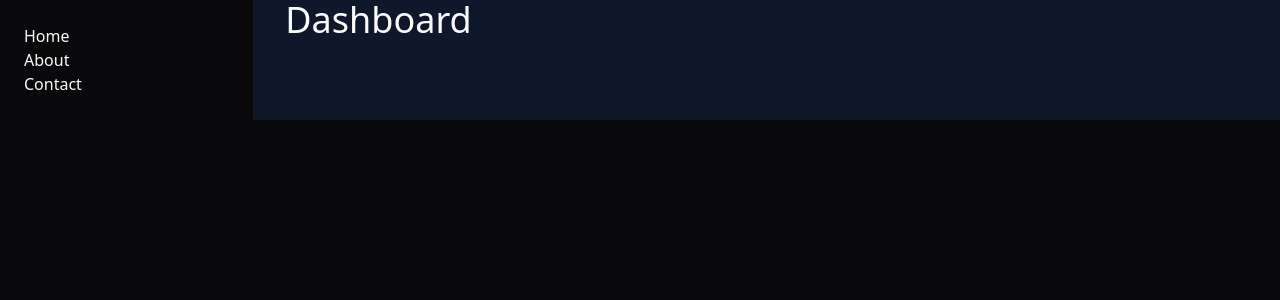
Repository: svoglimacci/recipe-app-tmp
Page: /app
The author's editor kept a copy of each file at every save. The page is drawn from the files as they stood at one save, then again after a run of saves.
The browser window is 1280 px wide. The pictures show the whole page.
The project was rebuilt for these pictures with package versions that can differ from the ones it lists, and the page was loaded fresh each time. Also part of the build but not shown: vite.config.ts, src/components/Recipe.tsx, src/components/RecipeList.tsx, src/components/RecipeCard.tsx, src/views/Login.tsx, src/views/Landing.tsx, src/views/Home.tsx.

Above is the page before, as saved 2024-01-30 13:54:21.

### src/App.tsx
import { ThemeProvider } from "@/components/ui/theme-provider"
import { RouterProvider } from "react-router-dom"
import { router } from "@/router"

function App() {
  return (
    <ThemeProvider defaultTheme="dark" storageKey="vite-ui-theme">
    <RouterProvider router={router}/>
  </ThemeProvider>
  )
}

export default App

### src/components/ui/theme-provider.tsx
import { createContext, useContext, useEffect, useState } from "react"

type Theme = "dark" | "light" | "system"

type ThemeProviderProps = {
  children: React.ReactNode
  defaultTheme?: Theme
  storageKey?: string
}

type ThemeProviderState = {
  theme: Theme
  setTheme: (theme: Theme) => void
}

const initialState: ThemeProviderState = {
  theme: "system",
  setTheme: () => null,
}

const ThemeProviderContext = createContext<ThemeProviderState>(initialState)

export function ThemeProvider({
  children,
  defaultTheme = "system",
  storageKey = "vite-ui-theme",
  ...props
}: ThemeProviderProps) {
  const [theme, setTheme] = useState<Theme>(
    () => (localStorage.getItem(storageKey) as Theme) || defaultTheme
  )

  useEffect(() => {
    const root = window.document.documentElement

    root.classList.remove("light", "dark")

    if (theme === "system") {
      const systemTheme = window.matchMedia("(prefers-color-scheme: dark)")
        .matches
        ? "dark"
        : "light"

      root.classList.add(systemTheme)
      return
    }

    root.classList.add(theme)
  }, [theme])

  const value = {
    theme,
    setTheme: (theme: Theme) => {
      localStorage.setItem(storageKey, theme)
      setTheme(theme)
    },
  }

  return (
    <ThemeProviderContext.Provider {...props} value={value}>
      {children}
    </ThemeProviderContext.Provider>
  )
}

export const useTheme = () => {
  const context = useContext(ThemeProviderContext)

  if (context === undefined)
    throw new Error("useTheme must be used within a ThemeProvider")

  return context
}

### src/router/index.tsx
import { createBrowserRouter } from "react-router-dom";
import { Home, Login, Landing, Dashboard } from "@/views";
import { Recipe, RecipeList } from "@/components";

const router = createBrowserRouter([
  {
    path: "/",
    element: <Landing />,
  },
  {
    path: "/login",
    element: <Login />,
  },
  {
   path: "/app",
    element: <Dashboard />,
    children: [
      {
        path: "",
        element: <Home />,
      },
      {
        path: "recipes",
        element: <RecipeList />,
      },
      {
        path: "recipes/:id",
        element: <Recipe />,
      }
    ],
  }
])

export { router }

### src/views/index.tsx
import { Dashboard } from "./Dashboard";
import { Login } from "./Login";
import { Landing } from "./Landing";
import { Home } from "./Home";

export { Dashboard, Login, Landing, Home };

### src/components/index.tsx
import { Recipe } from "./Recipe";
import { RecipeList } from "./RecipeList";
import { RecipeCard } from "./RecipeCard";
import { DashboardHeader } from "./DashboardHeader";
import { MobileNav } from "./BurgerMenu";

export {
  Recipe,
  RecipeList,
  RecipeCard,
  DashboardHeader,
  MobileNav
}

### src/views/Dashboard.tsx
import { DashboardHeader } from '@/components';
import { Nav } from '@/components/Nav';


function Dashboard() {
  return (
    <>
      <DashboardHeader />
      <div className="flex flex-row relative p-0 ">
      <Nav />
      <main className="container bg-slate-900">
        <h1 className="text-4xl text-primary">Dashboard</h1>
      </main>
      </div>
    </>
  )
}

export { Dashboard };

### src/components/DashboardHeader.tsx
import { ModeToggle } from "./ui/mode-toggle";
import { MobileNav } from "./BurgerMenu";

function DashboardHeader() {
  return(

  <header className="flex sticky top-0 z-50 md:hidden bg-slate900 justify-between">
    <MobileNav />
    <ModeToggle />
  </header>
  )
}

export { DashboardHeader  };

### src/components/BurgerMenu.tsx
import { Menu } from "lucide-react";
import { Sheet, SheetContent, SheetHeader, SheetTrigger } from "./ui/sheet";

import { Button } from "./ui/button";

function MobileNav() {
  return (
    <nav className="md:hidden">
    <Sheet>
  <SheetTrigger asChild><Button variant="ghost" size="icon"><Menu/></Button></SheetTrigger>
  <SheetContent side="left">
    <SheetHeader>

    </SheetHeader>
  </SheetContent>
</Sheet>
</nav>

  )
}

export { MobileNav  };

### src/components/Nav.tsx

function Nav() {
  return (
  <nav className="flex flex-row w-80">
  <ul className="flex flex-col justify-between p-6">
    <li className="text-primary">Home</li>
    <li className="text-primary">About</li>
    <li className="text-primary">Contact</li>
  </ul>
</nav>

  )
}

export { Nav  };

### src/components/ui/mode-toggle.tsx
import { Moon, Sun } from "lucide-react"

import { Button } from "@/components/ui/button"
import { useTheme } from "@/components/ui/theme-provider"

export function ModeToggle() {
  const { theme, setTheme } = useTheme()

  return (
    <Button
      aria-label="Toggle theme"
      onClick={() => setTheme(theme === "dark" ? "light" : "dark")}
      variant="ghost"
      size="icon"
    >
      <Sun className="h-[1.2rem] w-[1.2rem] rotate-0 scale-100 transition-all dark:-rotate-90 dark:scale-0" />
      <Moon className="absolute h-[1.2rem] w-[1.2rem] rotate-90 scale-0 transition-all dark:rotate-0 dark:scale-100" />
    </Button>
  )
}

### src/components/ui/sheet.tsx
import * as React from "react"
import * as SheetPrimitive from "@radix-ui/react-dialog"
import { cva, type VariantProps } from "class-variance-authority"
import { X } from "lucide-react"

import { cn } from "@/lib/utils"
import { Button } from "./button"

const Sheet = SheetPrimitive.Root

const SheetTrigger = SheetPrimitive.Trigger

const SheetClose = SheetPrimitive.Close

const SheetPortal = SheetPrimitive.Portal

const SheetOverlay = React.forwardRef<
  React.ElementRef<typeof SheetPrimitive.Overlay>,
  React.ComponentPropsWithoutRef<typeof SheetPrimitive.Overlay>
>(({ className, ...props }, ref) => (
  <SheetPrimitive.Overlay
    className={cn(
      "fixed inset-0 z-50 bg-black/80  data-[state=open]:animate-in data-[state=closed]:animate-out data-[state=closed]:fade-out-0 data-[state=open]:fade-in-0",
      className
    )}
    {...props}
    ref={ref}
  />
))
SheetOverlay.displayName = SheetPrimitive.Overlay.displayName

const sheetVariants = cva(
  "fixed z-50 gap-4 bg-background p-6 shadow-lg transition ease-in-out data-[state=open]:animate-in data-[state=closed]:animate-out data-[state=closed]:duration-300 data-[state=open]:duration-500",
  {
    variants: {
      side: {
        top: "inset-x-0 top-0 border-b data-[state=closed]:slide-out-to-top data-[state=open]:slide-in-from-top",
        bottom:
          "inset-x-0 bottom-0 border-t data-[state=closed]:slide-out-to-bottom data-[state=open]:slide-in-from-bottom",
        left: "inset-y-0 left-0 h-full w-3/4 border-r data-[state=closed]:slide-out-to-left data-[state=open]:slide-in-from-left sm:max-w-sm",
        right:
          "inset-y-0 right-0 h-full w-3/4  border-l data-[state=closed]:slide-out-to-right data-[state=open]:slide-in-from-right sm:max-w-sm",
      },
    },
    defaultVariants: {
      side: "right",
    },
  }
)

interface SheetContentProps
  extends React.ComponentPropsWithoutRef<typeof SheetPrimitive.Content>,
    VariantProps<typeof sheetVariants> {}

const SheetContent = React.forwardRef<
  React.ElementRef<typeof SheetPrimitive.Content>,
  SheetContentProps
>(({ side = "right", className, children, ...props }, ref) => (
  <SheetPortal>
    <SheetOverlay />
    <SheetPrimitive.Content
      ref={ref}
      className={cn(sheetVariants({ side }), className)}
      {...props}
    >
      {children}
      <SheetPrimitive.Close className="absolute right-4 top-4 rounded-sm opacity-70 ring-offset-background transition-opacity hover:opacity-100 focus:outline-none focus:ring-2 focus:ring-ring focus:ring-offset-2 disabled:pointer-events-none data-[state=open]:bg-secondary">
        <Button variant="ghost" size="icon">
        <X/>
        </Button>
        <span className="sr-only">Close</span>
      </SheetPrimitive.Close>
    </SheetPrimitive.Content>
  </SheetPortal>
))
SheetContent.displayName = SheetPrimitive.Content.displayName

const SheetHeader = ({
  className,
  ...props
}: React.HTMLAttributes<HTMLDivElement>) => (
  <div
    className={cn(
      "flex flex-col space-y-2 text-center sm:text-left",
      className
    )}
    {...props}
  />
)
SheetHeader.displayName = "SheetHeader"

const SheetFooter = ({
  className,
  ...props
}: React.HTMLAttributes<HTMLDivElement>) => (
  <div
    className={cn(
      "flex flex-col-reverse sm:flex-row sm:justify-end sm:space-x-2",
      className
    )}
    {...props}
  />
)
SheetFooter.displayName = "SheetFooter"

const SheetTitle = React.forwardRef<
  React.ElementRef<typeof SheetPrimitive.Title>,
  React.ComponentPropsWithoutRef<typeof SheetPrimitive.Title>
>(({ className, ...props }, ref) => (
  <SheetPrimitive.Title
    ref={ref}
    className={cn("text-lg font-semibold text-foreground", className)}
    {...props}
  />
))
SheetTitle.displayName = SheetPrimitive.Title.displayName

const SheetDescription = React.forwardRef<
  React.ElementRef<typeof SheetPrimitive.Description>,
  React.ComponentPropsWithoutRef<typeof SheetPrimitive.Description>
>(({ className, ...props }, ref) => (
  <SheetPrimitive.Description
    ref={ref}
    className={cn("text-sm text-muted-foreground", className)}
    {...props}
  />
))
SheetDescription.displayName = SheetPrimitive.Description.displayName

export {
  Sheet,
  SheetPortal,
  SheetOverlay,
  SheetTrigger,
  SheetClose,
  SheetContent,
  SheetHeader,
  SheetFooter,
  SheetTitle,
  SheetDescription,
}

### src/components/ui/button.tsx
import * as React from "react"
import { Slot } from "@radix-ui/react-slot"
import { cva, type VariantProps } from "class-variance-authority"

import { cn } from "@/lib/utils"

const buttonVariants = cva(
  "inline-flex items-center justify-center whitespace-nowrap rounded-md text-sm font-medium ring-offset-background transition-colors focus-visible:outline-none focus-visible:ring-2 focus-visible:ring-ring focus-visible:ring-offset-2 disabled:pointer-events-none disabled:opacity-50",
  {
    variants: {
      variant: {
        default: "bg-primary text-primary-foreground hover:bg-primary/90",
        destructive:
          "bg-destructive text-destructive-foreground hover:bg-destructive/90",
        outline:
          "border border-input bg-background hover:bg-accent hover:text-accent-foreground",
        secondary:
          "bg-secondary text-secondary-foreground hover:bg-secondary/80",
        ghost: "hover:bg-accent hover:text-accent-foreground",
        link: "text-primary underline-offset-4 hover:underline",
      },
      size: {
        default: "h-10 px-4 py-2",
        sm: "h-9 rounded-md px-3",
        lg: "h-11 rounded-md px-8",
        icon: "h-10 w-10",
      },
    },
    defaultVariants: {
      variant: "default",
      size: "default",
    },
  }
)

export interface ButtonProps
  extends React.ButtonHTMLAttributes<HTMLButtonElement>,
    VariantProps<typeof buttonVariants> {
  asChild?: boolean
}

const Button = React.forwardRef<HTMLButtonElement, ButtonProps>(
  ({ className, variant, size, asChild = false, ...props }, ref) => {
    const Comp = asChild ? Slot : "button"
    return (
      <Comp
        className={cn(buttonVariants({ variant, size, className }))}
        ref={ref}
        {...props}
      />
    )
  }
)
Button.displayName = "Button"

export { Button, buttonVariants }

Loaded but not shown: index.html (common file); src/main.tsx (common file); src/index.css (common file); src/lib/utils.ts (common file); tailwind.config.js (common file)

After the next 2 saves:
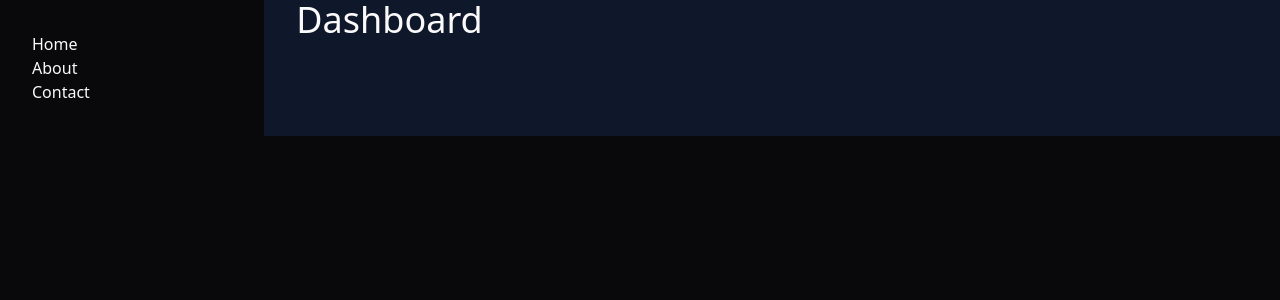
The 2 saves are shown as one change because they came seconds apart.
The last was saved 14 s later.
--- a/src/components/Nav.tsx
+++ b/src/components/Nav.tsx
@@ -1,8 +1,8 @@
 
 function Nav() {
   return (
-  <nav className="flex flex-row w-80">
-  <ul className="flex flex-col justify-between p-6">
+  <nav className="flex flex-row w-80 p-8">
+  <ul className="flex flex-col justify-between">
     <li className="text-primary">Home</li>
     <li className="text-primary">About</li>
     <li className="text-primary">Contact</li>
